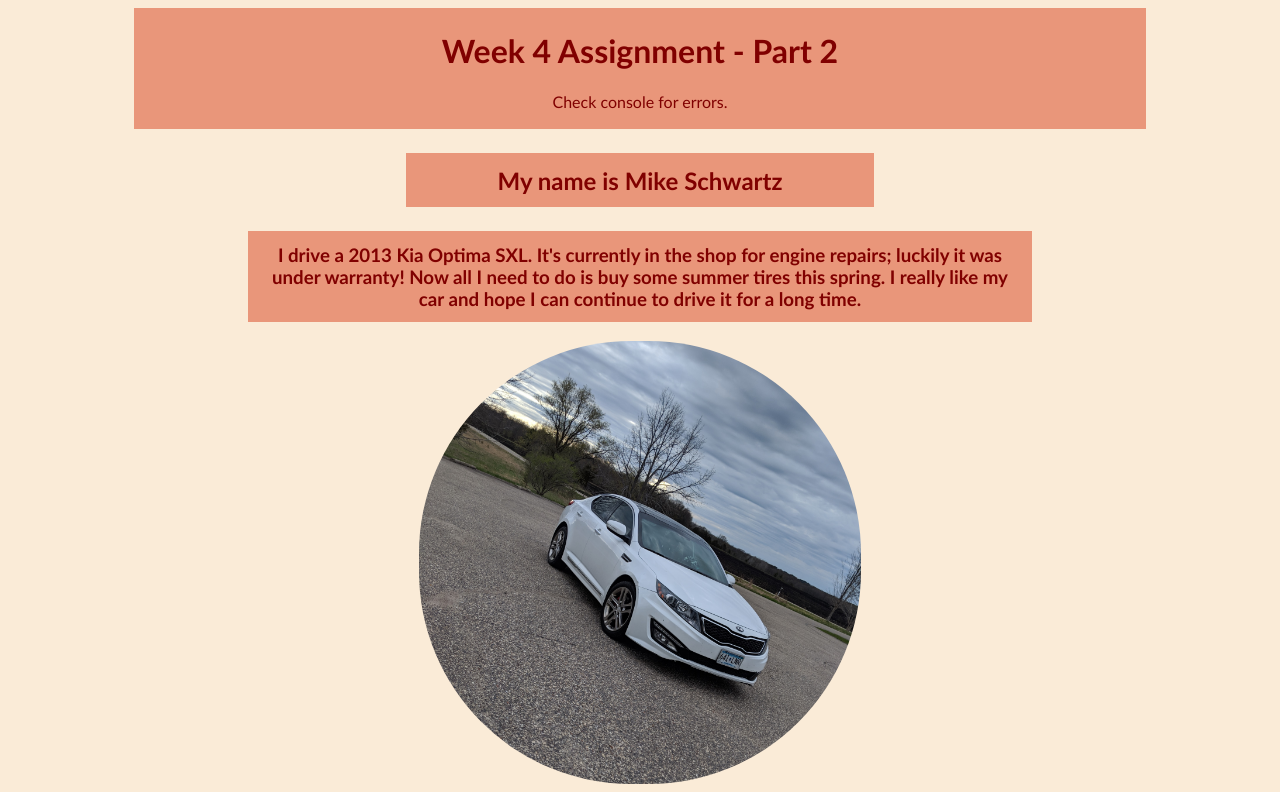
Repository: Ellusionism/prime-pw-week-4-assignment-part-2
Page: assignment/index.html
These files come from the project's save history. The page is drawn as it stood at one moment and after the next save; the edit follows.
The browser window is 1280 px wide. The pictures show the whole page.

Above is the page before, as saved 2022-11-16 18:27:02.

### assignment/index.html
<!DOCTYPE html>
<meta name="viewport" content="width=device-width">
<html lang="en-US">
  <head>
    <meta charset="utf-8">
    <title>Week 4 Assignment</title>
    <link rel="stylesheet" href="stylesheet.css">
  </head>

  <body>
    <header class="homepageHeader">
      <h1>Week 4 Assignment - Part 2</h1>
      <p>Check console for errors.</p>
  </header>

  <div>
    <h2 class="info nameInfo"> My name is Mike Schwartz </h2>
  </div>

  <h3 class="info carInfo">I drive a 2013 Kia Optima SXL. It's currently in the shop for engine repairs; luckily it was under warranty! Now all I need to do is buy some summer tires this spring. I really like my car and hope I can continue to drive it for a long time.</h3>

  <img class="carpic" src="carpic.jpeg" alt="White 2013 Kia Optima SXL" />
  </body>
</html>

### assignment/stylesheet.css
body {
 font-family:'Trebuchet MS', 'Lucida Sans Unicode', 'Lucida Grande', 'Lucida Sans', Arial, sans-serif;
 background-color:antiquewhite;
}

.carpic {
 width: 35%;
 display: block;
 margin: auto;
 border-radius: 48%;
}

.homepageHeader {
 background-color:darksalmon;
 text-align: center;
 width: 80%;
 display: block;
 margin: auto;
 padding:  2px 0;
 color: maroon;
}

.info {
 background-color:darksalmon;
 text-align: center;
 padding: 1%;
 display: block;
 margin: 1em auto;
 color: maroon;
}

.nameInfo {
 width: 35%;
}

.carInfo {
 width: 60%;
}

After the next save:
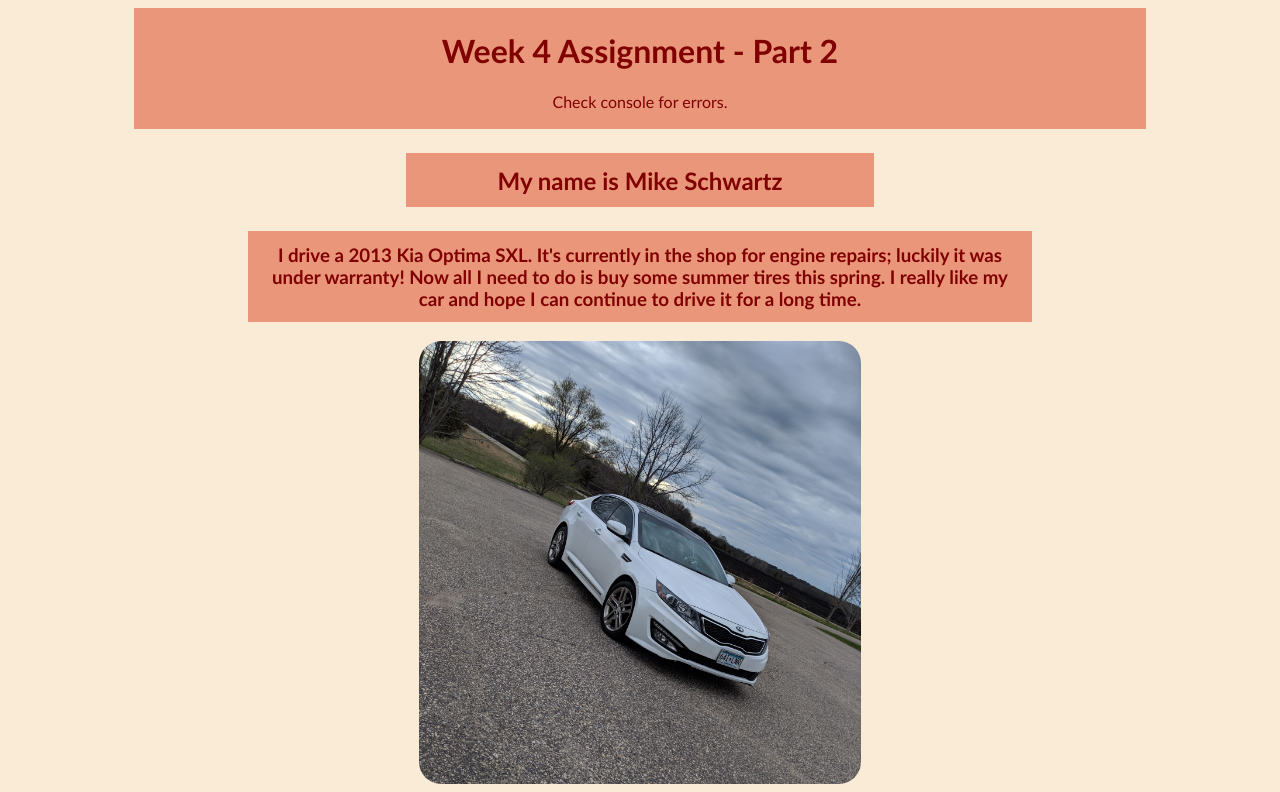
Saved 4 s later.
--- a/assignment/stylesheet.css
+++ b/assignment/stylesheet.css
@@ -7,7 +7,7 @@ body {
  width: 35%;
  display: block;
  margin: auto;
- border-radius: 48%;
+ border-radius: 5%;
 }
 
 .homepageHeader {
